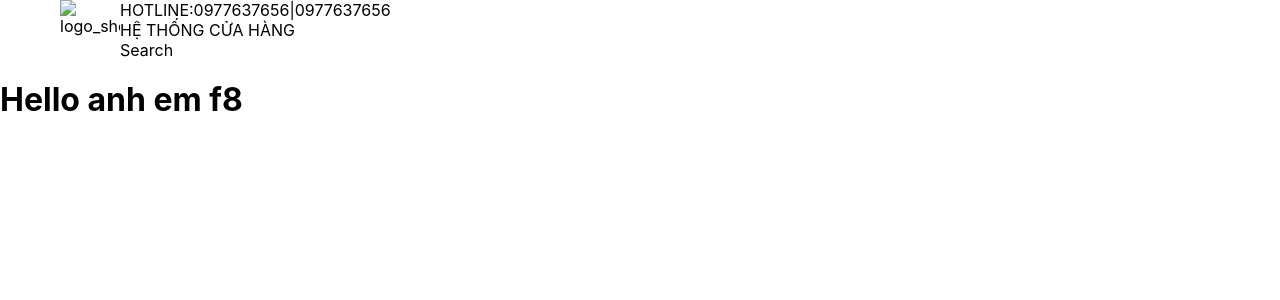
Repository: manhhieu120499/BadmintonShop
Page: /
These files come from the project's save history. The page is drawn as it stood at one moment and after the next save; the edit follows.
The browser window is 1280 px wide. The pictures show the whole page.
The project was rebuilt for these pictures with package versions that can differ from the ones it lists, and the page was loaded fresh each time.

Above is the page before, as saved 2024-08-18 17:41:15.

### src/App.js
import './App.css';
import { DefaultLayout } from './layouts/DefaultLayout';

function App() {
	return (
		<DefaultLayout>
			<div className="App">
				<h1>Hello anh em f8</h1>
			</div>
		</DefaultLayout>
	);
}

export default App;

### src/App.css
/*reset css*/
* {
	margin: 0;
	padding: 0;
	box-sizing: border-box;
}

### src/layouts/DefaultLayout/DefaultLayout.js
import classNames from 'classnames/bind';
import styles from './DefaultLayout.module.scss';
import { Header } from '../components/';

const cx = classNames.bind(styles);

function DefaultLayout({ children }) {
	return (
		<div className={cx('container')}>
			<Header />
			{children}
		</div>
	);
}

export default DefaultLayout;

### src/layouts/DefaultLayout/DefaultLayout.module.scss
.container {
	width: 100vw;
	min-height: 100vh;
	background-color: white;
}

### src/layouts/components/Header/Header.js
import classNames from 'classnames/bind';
import styles from './Header.module.scss';
import images from '../../../assets/images';
import Search from '../Search';
const cx = classNames.bind(styles);
function Header() {
	return (
		<div className={cx('wrapper')}>
			<img
				className={cx('logo-brand')}
				src={images.logo}
				alt="logo_shop"
			/>
			<div className={cx('header-content')}>
				<div className={cx('info-contact')}>
					{/** icon */}
					<p>
						HOTLINE:
						<span>0977637656</span>
						<span>|</span>
						<span>0977637656</span>
					</p>
				</div>
				<div className={cx('other-company')}>
					{/** icon */}
					<p>HỆ THỐNG CỬA HÀNG</p>
				</div>
				<Search />
			</div>
		</div>
	);
}

export default Header;

### src/layouts/components/Header/Header.module.scss
.wrapper {
	height: 80px;
	width: 1160px;
	display: flex;
	margin: 0 auto;
}

.logo-brand {
	width: 60px;
	height: 60px;
	display: inline-block;
}

### src/assets/images/index.js
const images = {
	logo: require('../images/logo.svg').default,
};

export default images;

### src/layouts/components/Search/Search.js
function Search() {
	return <div>Search</div>;
}

export default Search;

Loaded but not shown: public/index.html (common file); src/index.js (common file); src/index.css (common file); src/reportWebVitals.js (common file); src/layouts/DefaultLayout/index.js (common file); src/layouts/components/index.js (common file); src/layouts/components/Header/index.js (common file); src/layouts/components/Search/index.js (common file)

After the next save:
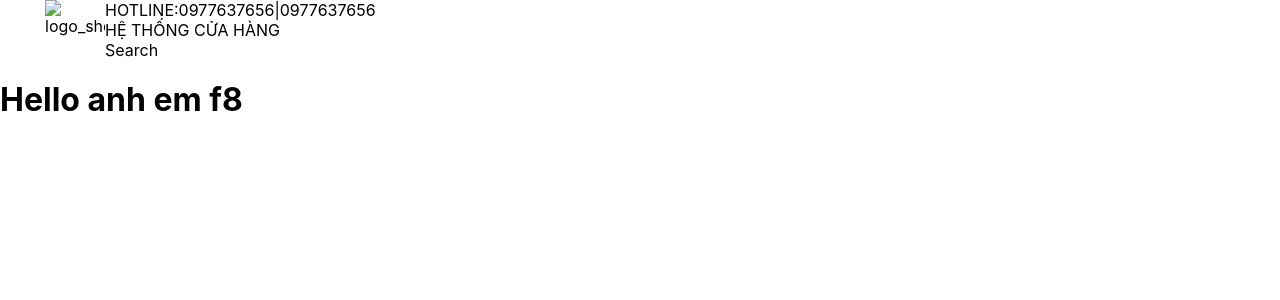
Saved 68 s later.
--- a/src/layouts/components/Header/Header.module.scss
+++ b/src/layouts/components/Header/Header.module.scss
@@ -1,6 +1,7 @@
 .wrapper {
 	height: 80px;
-	width: 1160px;
+	width: 100%;
+	padding: 0 45px;
 	display: flex;
 	margin: 0 auto;
 }
